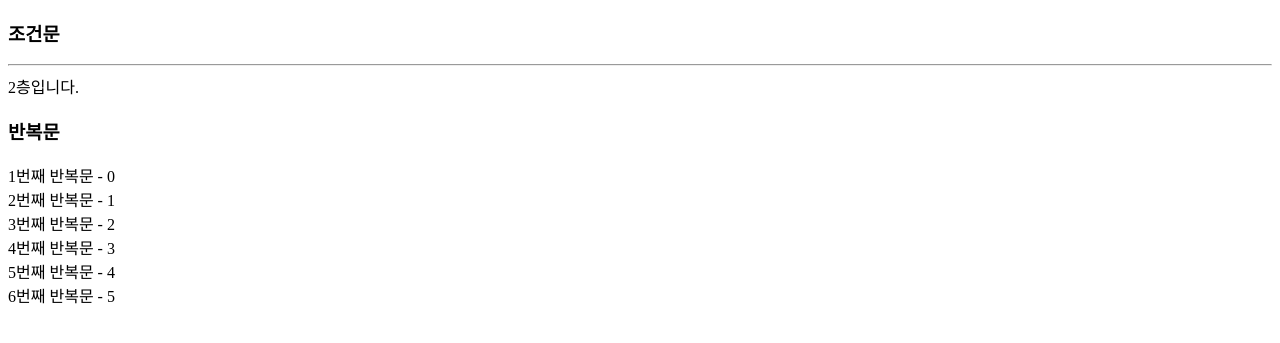
Repository: NewParkk/MultiStudy
Page: http://localhost/step06_jsp/step04_jstl.jsp
The author's editor kept a copy of each file at every save. The page is drawn from the files as they stood at one save, then again after the next save.
The browser window is 1280 px wide. The pictures show the whole page.
The page is served by Tomcat 9. Other server files are loaded and not shown.

Above is the page before, as saved 2023-12-28 07:20:32.

### 04.web/step06_jsp/WebContent/step04_jstl.jsp
<%@ page language="java" contentType="text/html; charset=UTF-8"
    pageEncoding="UTF-8"%>
<%@ page import="user.dto.User" %>
<%@ taglib prefix="c" uri="http://java.sun.com/jsp/jstl/core" %>
<!DOCTYPE html>
<html>
<head>
<meta charset="UTF-8">
<title>step04_jstl</title>
</head>
<body>
	<h3>조건문</h3>
	<c:if test="${ 10 > 11 }">
		참이면 실행
	</c:if>

	<%-- 조건문
	<% request.setAttribute("user", null); %>
	<c:if test="${not empty requestScope.user}">
		${requestScope.user.getName()}
	</c:if>
	--%>

	<hr/>

	<% session.setAttribute("floor", 2); %>
	<c:choose>
		<c:when test="${sessionScope.floor == 1}">
			1층입니다.
		</c:when>
		<c:when test="${sessionScope.floor == 2}">
			2층입니다.
		</c:when>
		<c:otherwise>
			몰?루
		</c:otherwise>
	</c:choose>

	<h3>반복문</h3>
	<!-- 1 ~ 5 -->
	<c:forEach begin="0" end="5" var="i" varStatus="loop">
		${loop.count}번째 반복문 - ${i}<br/>
	</c:forEach>




</body>
</html>

After the next save:
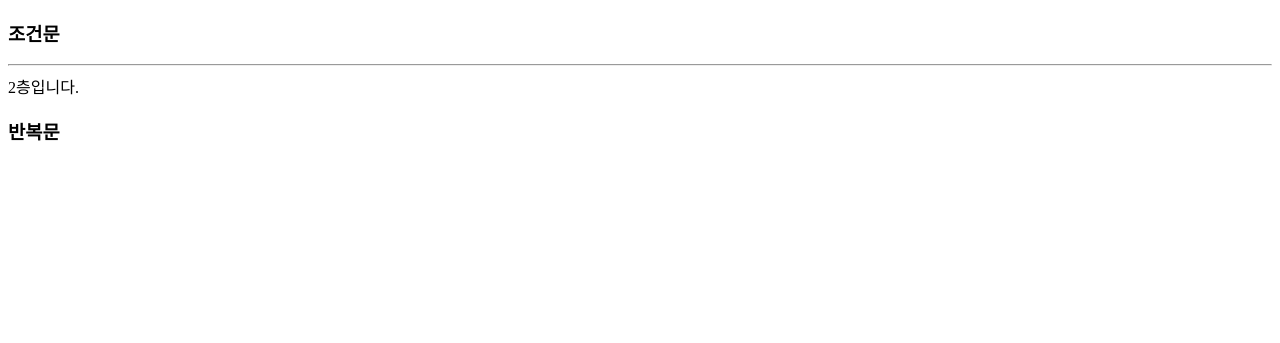
Saved 3 min 19 s later.
--- a/04.web/step06_jsp/WebContent/step04_jstl.jsp
+++ b/04.web/step06_jsp/WebContent/step04_jstl.jsp
@@ -38,8 +38,8 @@
 
 	<h3>반복문</h3>
 	<!-- 1 ~ 5 -->
-	<c:forEach begin="0" end="5" var="i" varStatus="loop">
-		${loop.count}번째 반복문 - ${i}<br/>
+	<c:forEach items="${userList}" var="user" varStatus="loop">
+		${loop.count}번째 반복문 - ${user}<br/>
 	</c:forEach>
 
 
